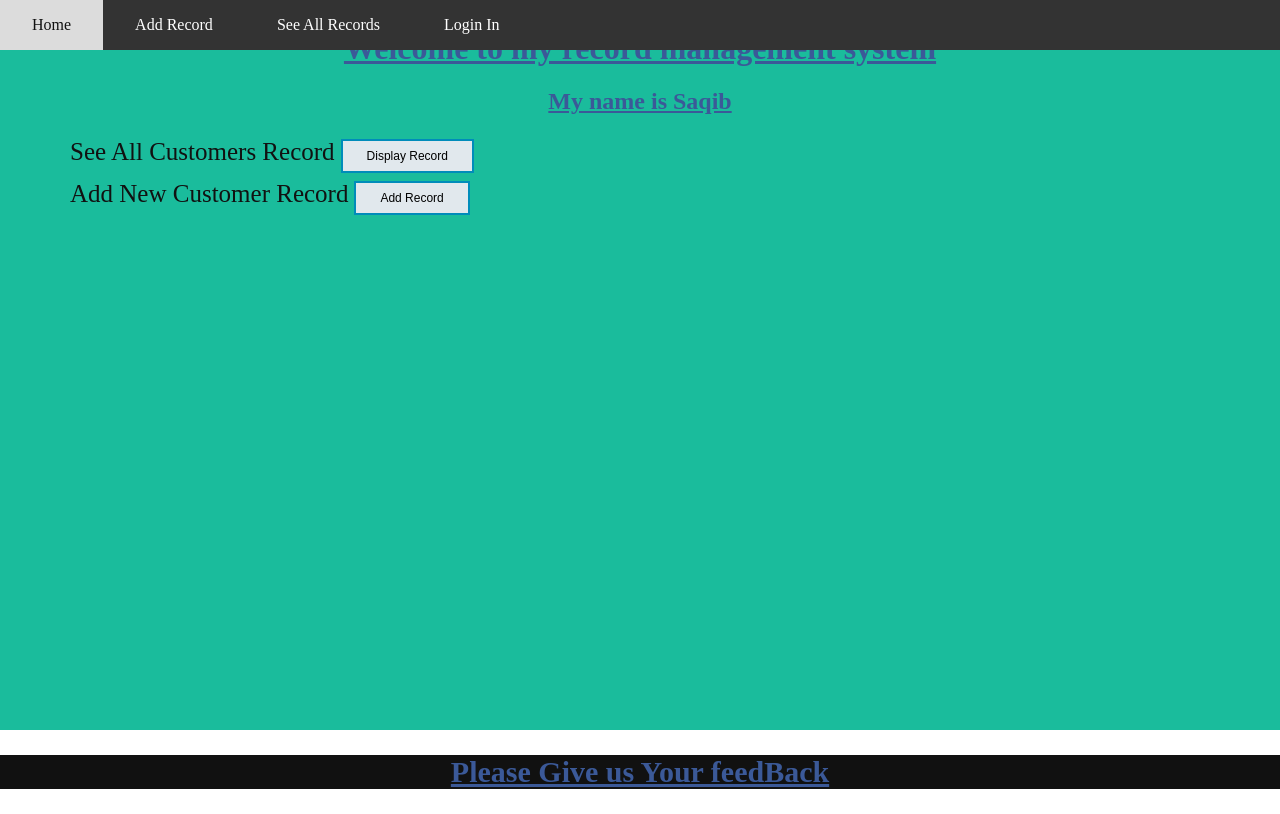
Repository: MUHAMMAD-SAQIB-2000/SpringBoot
Page: http://localhost/WebServiceRecordManagementSystem/home.jsp
The author's editor kept a copy of each file at every save. The page is drawn from the files as they stood at one save, then again after the next save.
The browser window is 1280 px wide. The pictures show the whole page.
The page is served by Tomcat 9.

Above is the page before, as saved 2020-08-12 13:34:40.

After the next save:
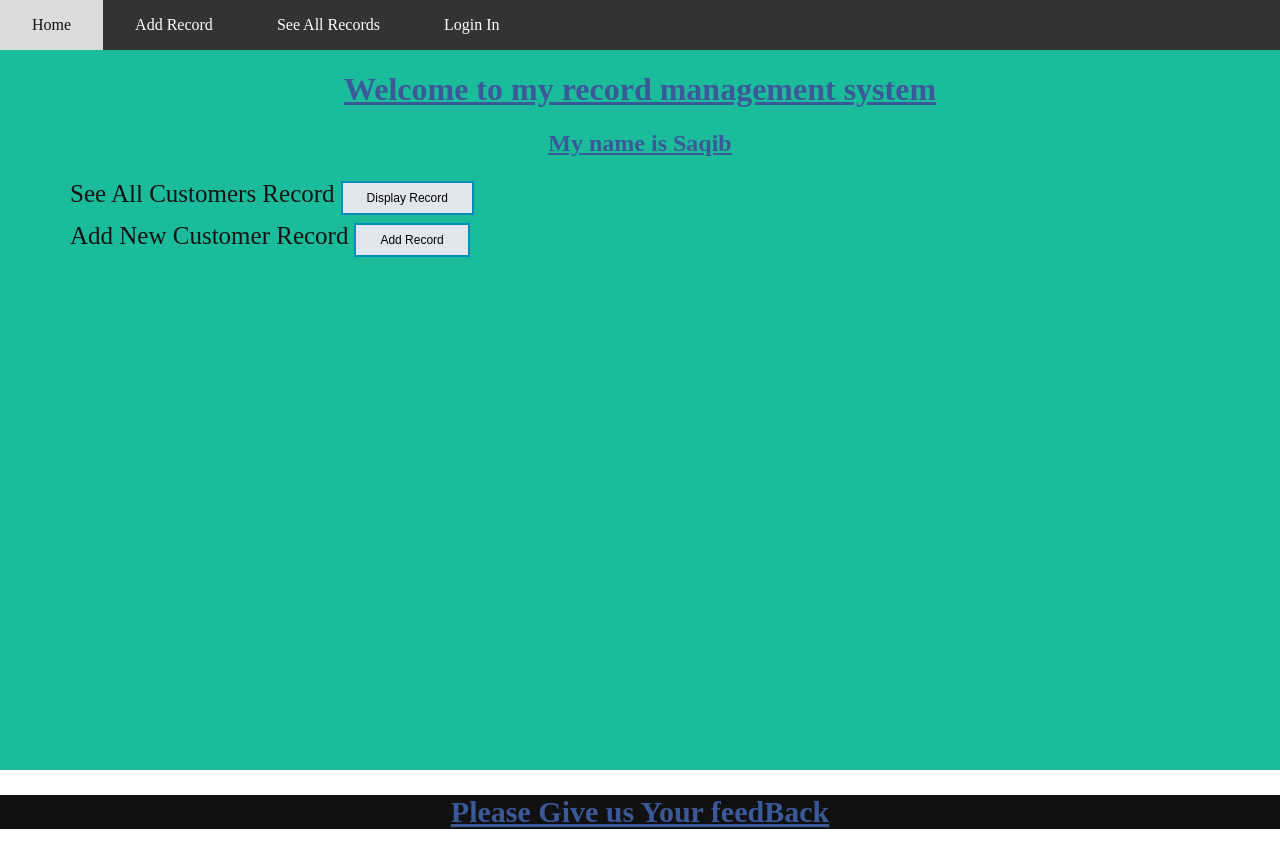
Saved 30 s later.
--- a/WebServiceRecordManagementSystem/src/main/webapp/style.css
+++ b/WebServiceRecordManagementSystem/src/main/webapp/style.css
@@ -38,7 +38,7 @@ li a:hover {
 	background-color: #4CAF50;
 }
 .mainBody{
-	padding: 0px 20px;
+	padding: 20px 20px;
 	margin-top:30px;
 	background-color:#1abc9c;
 	height:700px;
